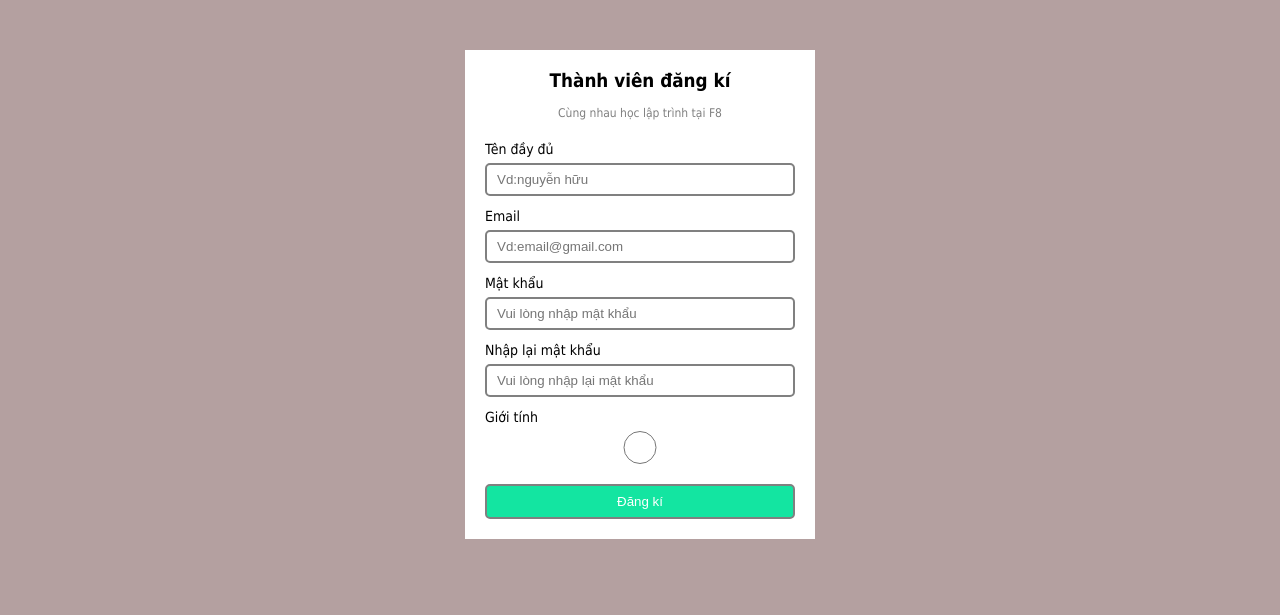
Repository: HuunvDev/Validator
Page: index.html
These files come from the project's save history. The page is drawn as it stood at one moment and after the next save; the edit follows.
The browser window is 1280 px wide. The pictures show the whole page.
Some web libraries are served in a nearby version.

Above is the page before, as saved 2022-08-21 08:28:31.

### index.html
<!DOCTYPE html>
<html lang="en">
<head>
    <meta charset="UTF-8">
    <meta http-equiv="X-UA-Compatible" content="IE=edge">
    <meta name="viewport" content="width=device-width, initial-scale=1.0">
    <title>validator</title>
    <link rel="stylesheet" href="style.css">
    <link rel="stylesheet" href="https://use.fontawesome.com/releases/v5.1.1/css/all.css" integrity="sha384-O8whS3fhG2OnA5Kas0Y9l3cfpmYjapjI0E4theH4iuMD+pLhbf6JI0jIMfYcK3yZ" crossorigin="anonymous">
</head>
<body>
    <div class="main">
        <form action="" method="POST" class="form" id="form-1">
            <h3 class="heading">Thành viên đăng kí</h3>
            <p class="desc">Cùng nhau học lập trình tại F8</p>
            <div class="pacer"></div>
            <div class="form-group">
                <label for="fullName" class="form-lable">Tên đầy đủ</label><br>
                <input type="text" id="fullName" name="fullName" placeholder="Vd:nguyễn hữu"><br>
                <!-- <i class="fas fa-exclamation-triangle warning"></i> -->
                <span class="form-message">
                </span>
            </div>
            <div class="form-group">
                <label for="email" class="form-lable">Email</label><br>
                <input type="text" id="email" name="email" placeholder="Vd:email@gmail.com"><br>
                <span class="form-message"></span>
            </div>
            <div class="form-group">
                <label for="password" class="form-lable">Mật khẩu</label><br>
                <input type="password" id="password" name="password" placeholder="Vui lòng nhập mật khẩu"><br>
                <span class="form-message"></span>
            </div>
            <div class="form-group">
                <label for="password_confirmation" class="form-lable">Nhập lại mật khẩu</label><br>
                <input type="password" id="password_confirmation" name="password_confirmation" placeholder="Vui lòng nhập lại mật khẩu"><br>
                <span class="form-message"></span>
            </div>

            <div class="form-group">
                <label for="password_confirmation" class="form-lable">Giới tính</label><br>
                <input type="radio" name="gender" class="form-control"><br>
                <span class="form-message"></span>
            </div>
                <!-- <input type="checkbox" name ="condition" id ="condition">
                <span class="agree">Đồng ý và chấp nhận điều khoản</span> -->


           <button class="form-submit" type="submit">Đăng kí</button>
        </form>
    </div>
    <script src="Validator.js"></script>
    <script>
        //mong muốn nhận được
        validator({
            form: '#form-1',
            formGroupSelector:'.form-group',
            errorSelector:'.form-message',
            rules: [
                validator.isRequired('#fullName','Vui lòng nhập tên đầy đủ'),
               //validator.isCondition('#condition'),
                validator.isEmail('#email'),
                validator.minLength('#password',6),
                validator.isRequired('#password_confirmation'),
                validator.isConfirmed('#password_confirmation', function(){
                    return document.querySelector('#form-1 #password').value;
                },'Giá trị nhập vào không chính xác'),
            ],
            onSubmit : function(data){
                console.log(data);
            }
        })
    </script>
</body>
</html>

### style.css

*{
    margin:0;
    padding:0;
    overflow: hidden;
    box-sizing: border-box;
}
body{
    background-color:rgb(180, 160, 160);
}
.main {
    width: 350px;
    box-shadow: 0 0 0 rgb(0 0 0 / 10%);
    margin: auto;
    margin-top: 50px;
    padding: 20px;
    background-color: #fff;
    font-family: tahoma;
}
h3.heading {
    text-align: center;
}
p.desc {
    text-align: center;
    font-size: 12px;
    color: grey;
    padding: 15px 0;
}
.form-group {
    padding: 6px 0;
}

label.form-lable {
    font-size: 14px;
    margin-bottom: -13px;
    display: block;
}
input {
    width:100%;
    height: 33px;
    outline: none;
    border:2px solid grey;
    padding: 0 10px;
    border-radius:5px;
}
input:hover{
    border-color: rgb(23 220 220);
}
button{
    padding:8px 0;
    width:100%;
    background-color: rgb(19 229 161);
    margin-top:10px;
    border-radius:5px;
    color:#fff;
    border:2px solid grey;
}
span.form-message {
    font-size: 12px;
}
.invalid input{
    border-color:red;
}
.invalid span.form-message{
    color:red;
}
.warning{
    font-size:11px;
    color:red;
}
input#condition {
    width: 11px;
}

span.agree {
    font-size: 13px;
    color: grey;
    position: absolute;
    transform: translateY(8px);
    padding: 0 5px;
}

### Validator.js
//constractor function
function validator(options){

    function getParent (element,selector){
        while(element.parentElement){
            if(element.parentElement.matches(selector)){
                return element.parentElement;
            }
            element = element.parentElement;
        }
    }
    var selectorRules ={};
//hàm thực hiên validate
    function validate(inputElement,rules){
        var errorElement = getParent(inputElement, options.formGroupSelector).querySelector(options.errorSelector);
        var errorMessage;
        //lấy ra các rules của selector
        var rules = selectorRules[rules.selector];
        //lặp qua từng rules và check
        //nếu có lỗi dừng việc kiểm tra
        for (var i = 0; i < rules.length;i++){
            errorMessage= rules[i](inputElement.value);
            if(errorMessage) break;
        }
                //lấy value của ô input:inputElement.value;
                //test function : rules.test;
               // var errorMessage = rules.test(inputElement.value);
                //lấy ra thẻ cha của nó từ thẻ con:inputElement.parentElement,
                //lấy ra  đúng phần tử con của thẻ to mà mình muốn lấy:
                //inputElement.parentElement.querySelector('form-message');
                if(errorMessage){
                 //errorElement.innerText = errorMessage;
                 errorElement.innerHTML = `<i class="fas fa-exclamation-triangle warning"></i> ${errorMessage}`;
                 getParent(inputElement, options.formGroupSelector).classList.add('invalid');
                }else{
                 errorElement.innerText = " ";
                 getParent(inputElement, options.formGroupSelector).classList.remove('invalid');
                }

                return !errorMessage;
    }
    //lấy element của form cần validate
    var formElement = document.querySelector(options.form);

    if(formElement){
        //loại bỏ hành vi mặc định của submit
        formElement.onsubmit = function(e){
            e.preventDefault();

            var isFormValid = true;
            //thực hiện lặp qua từng rules và validate
            options.rules.forEach( function (rules){
                var inputElement = formElement.querySelector(rules.selector);
                 var isValid = validate(inputElement,rules);
                 if(!isValid){
                    isFormValid =  false;
                 }
            });

            if(isFormValid){
                //trường hợp submit với js
             if( typeof options.onSubmit ==='function'){
                var enableInputs = formElement.querySelectorAll('[name]:not([disabled])');//lấy ra tất cả các phần tử có attribute là name và ko lấy các phần tử  bị disabled( có nghĩa là bị ẩn đi ko cho người dùng tương tác);
                var formValues = Array.from(enableInputs).reduce(function(values,input){
                    values[input.name] = input.value;
                    return  values;
                },{});
                options.onSubmit(formValues);
             }//trường hợp submit mặc định của trình duyệt
             else{
                formElement.submit();
             }
            }
        }
        //lặp qua mỗi rules và lắng nghe sự kiện
       options.rules.forEach( function (rules){
        //lưu lại các rules cho mỗi input
        if(Array.isArray( selectorRules[rules.selector])){
            selectorRules[rules.selector].push( rules.test);
        }else{
            selectorRules[rules.selector] = [rules.test];
        }

        var inputElement = formElement.querySelector(rules.selector);
        if(inputElement){
            //xử lí trường hợp blur khỏi thẻ input
            inputElement.onblur = function(){
               validate(inputElement,rules);
            }

            // xử lí khi người dùng nhập dữ liệu
            inputElement.oninput = function(){
                var errorElement = inputElement.parentElement.querySelector(options.errorSelector);
                errorElement.innerText = " ";
                getParent(inputElement, options.formGroupSelector).classList.remove('invalid');
            }
        }
       });
    }
}
//định nghĩa các rules
//nguyên tắc của các rules:
//1.khi có lỗi thì trả ra message lỗi
//2.khi hợp lệ thì clear lỗi
validator.isRequired = function (selector,message){
    return {
        selector: selector,
        test: function (value){
            return value.trim() ? undefined : message || "Vui lòng nhập trường này";
        }
    }
}
validator.isEmail = function (selector,message){
    return {
        selector: selector,
        test: function (value){
            var regex = /^\w+([\.-]?\w+)*@\w+([\.-]?\w+)*(\.\w{2,3})+$/;
            return regex.test(value)? undefined : message ||"Trường này phải là email";
        }
    }
}

validator.minLength = function (selector,min,message){
    return {
        selector: selector,
        test: function (value){
            return value.length >= min ? undefined :message ||`Vui lòng nhập tối thiểu ${min} kí tự`;
        }
    }
}

validator.isConfirmed = function(selector,getConfirmValue,message){
    return {
        selector:selector,
        test : function(value){
            return value === getConfirmValue() ? undefined : message ||'Mật khẩu nhập lại không chính xác';
        }
    }
}

After the next save:
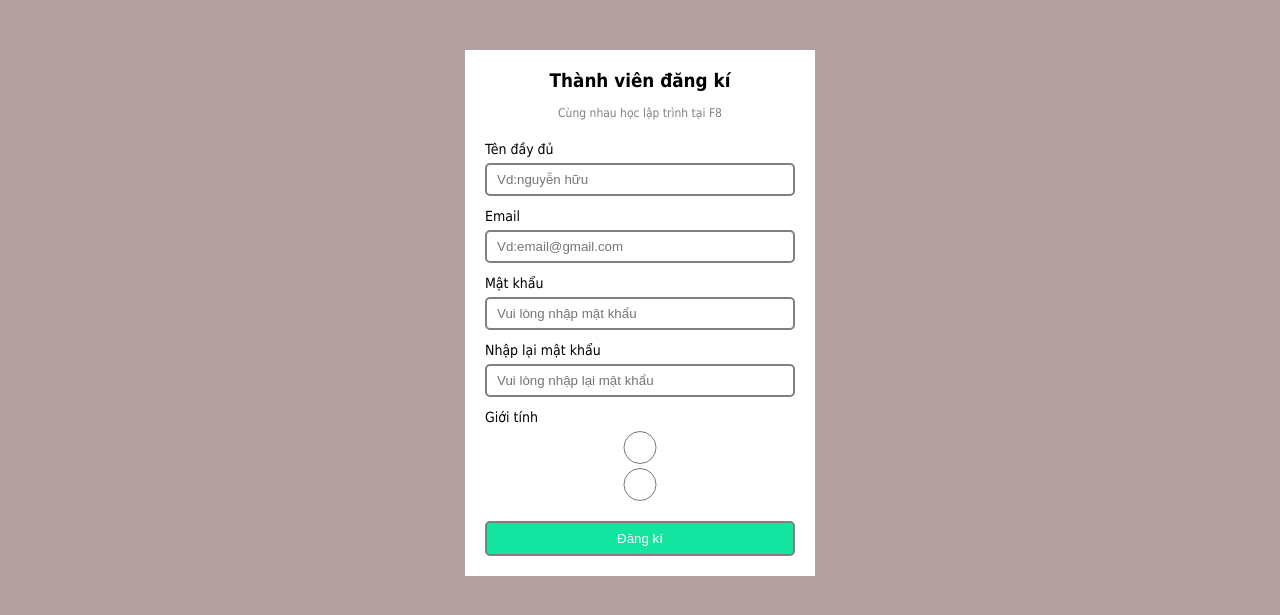
Saved 9 s later.
--- a/index.html
+++ b/index.html
@@ -40,6 +40,7 @@
             <div class="form-group">
                 <label for="password_confirmation" class="form-lable">Giới tính</label><br>
                 <input type="radio" name="gender" class="form-control"><br>
+                <input type="radio" name="gender" class="form-control"><br>
                 <span class="form-message"></span>
             </div>
                 <!-- <input type="checkbox" name ="condition" id ="condition">
